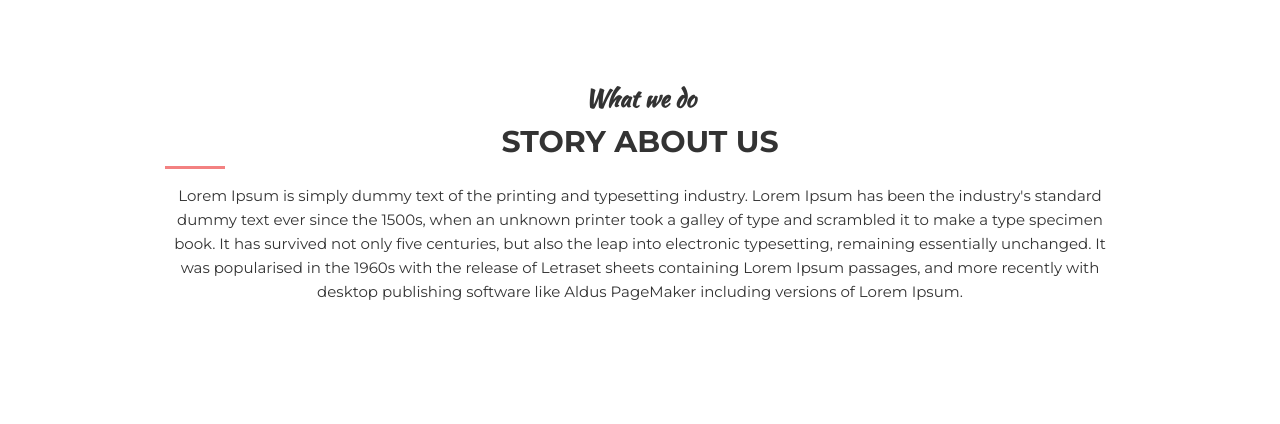
Repository: PGVlasov/MoGo
Page: index.html
The author's editor kept a copy of each file at every save. The page is drawn from the files as they stood at one save, then again after the next save.
The browser window is 1280 px wide. The pictures show the part of the page from y = 720 to 1179 px (the page is 1144 px tall before and 1179 px after).

Above is the page before, as saved 2022-06-29 12:40:30.

After the next save:
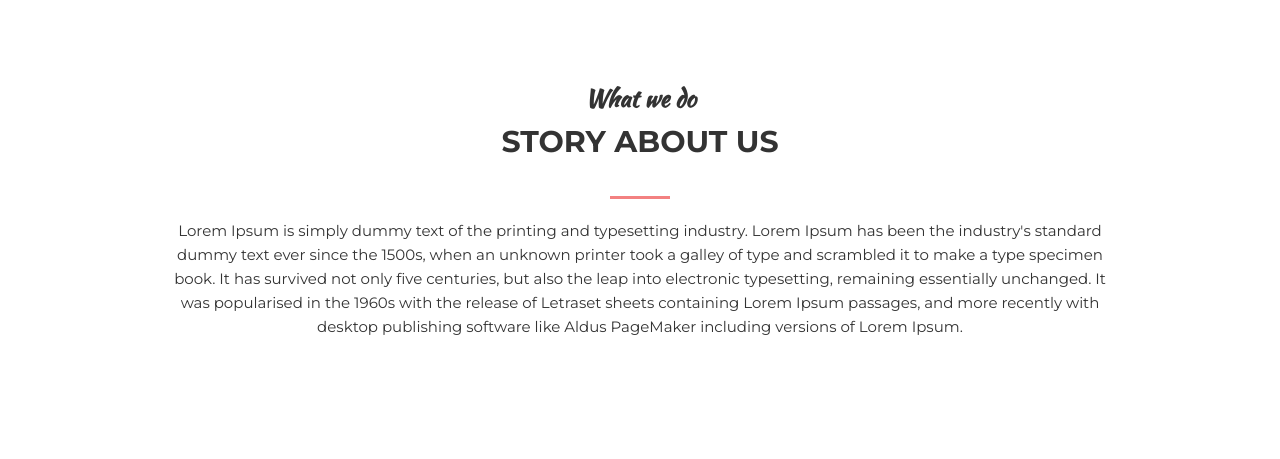
Saved 41 s later.
--- a/assets/css/style.css
+++ b/assets/css/style.css
@@ -261,5 +261,5 @@ h6 {
   height: 3px;
   background-color: #f38181;
 
-  margin: 30 auto 20;
-}
+  margin: 30px auto 20px;
+}
